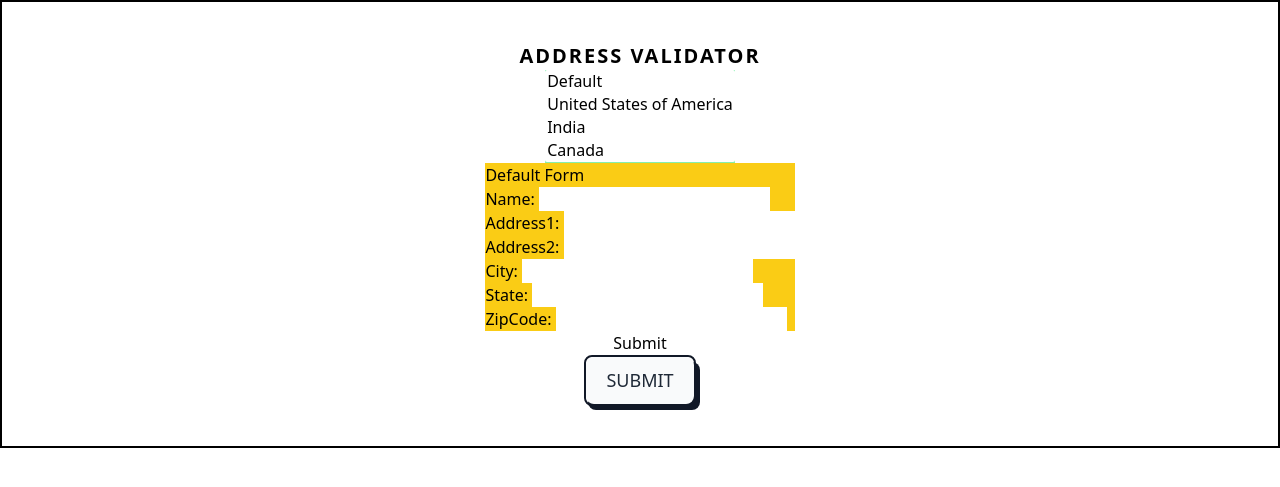
Repository: jay-singhvi/SWArchDesign_TeamProject
Page: / (app in frontend/address-validation/)
These files come from the project's save history. The page is drawn as it stood at one moment and after the next save; the edit follows.
The browser window is 1280 px wide. The pictures show the whole page.
The project was rebuilt for these pictures with package versions that can differ from the ones it lists, and the page was loaded fresh each time. Also part of the build but not shown: frontend/address-validation/src/App.css.

Above is the page before, as saved 2023-03-07 13:57:32.

### frontend/address-validation/src/App.js

import './App.css';
import React, { useState, setState } from 'react';

// React component for creating and sending POST request
function App() {

  // variables to handle the Request and Response
  const [countryList, setCountryList] = useState("");
  const [formData, setFormData] = useState(null);
  const [responseData, setResponseData] = useState(null);

  // Set of Counries under consideration
  const countries = [
    { name: "Default"},
    { name: "United States of America"},
    { name: "India"},
    { name: "Canada"}
  ];

  // Function to render form based on Countries
  function renderForm() {
    if (countryList.length === 1) {
      console.log(countryList)
        if(countryList.includes("United States of America"))
          return <USAForm setFormData={setFormData} />;
        else if(countryList.includes("India"))
          return <IndiaForm setFormData={setFormData} />;
        else if(countryList.includes("Canada"))
          return <CanadaForm setFormData={setFormData} />;
        else
          return <DefaultForm setFormData={setFormData} />;
    }
    // Renders form for multiple selected countries
    else {
      return <DefaultForm setFormData={setFormData} />
    }
  }

  // Handles selected country and set ths
  function handleSelectedCountry(event) {
    const selectedOptions = Array.from(event.target.selectedOptions);
    const selectedValues = selectedOptions.map(option => option.value);
    setCountryList(selectedValues);
  }

  // Finds address based on the form data
  async function findAddress(event) {
    event.preventDefault();

    // If only one country is selected
    if(countryList.length === 1) {

      //If selected country id default then send country field empty in JSON request
      if(countryList[0] === 'Default')
      {
        countryList[0] = ''
      }
      const updatedFormData = {...formData, "Country": countryList[0]};

      // If form data has Name attribute then search based on name and country
      if(formData !== null && formData.Name !== null){
        try {
          const response = await fetch("http://localhost:5000/api/searchCountriesByClient", {
            method: "POST",
            headers: {
              "Content-Type": "application/json",
            },
            body: JSON.stringify(updatedFormData),
          });

          const data = await response.json();
          setResponseData(data);
        } catch (error) {
          console.error(error);
          setResponseData({ error: "An error occurred" });
        }
      }

      //If name is not mentioned then populate all addresses for that country based on JSON request
      else {
        try {
          const response = await fetch("http://localhost:5000/api/searchCountry", {
            method: "POST",
            headers: {
              "Content-Type": "application/json",
            },
            body: JSON.stringify(updatedFormData),
          });

          const data = await response.json();
          setResponseData(data);
        } catch (error) {
          console.error(error);
          setResponseData({ error: "An error occurred" });
        }
      }
    }
    //If more one country is selected then send the list of countries with JSON request
    else if(countryList.length > 1){
      const updatedFormData = {...formData, "Country": countryList};

      try {
        const response = await fetch("http://localhost:5000//api/searchCountries", {
          method: "POST",
          headers: {
            "Content-Type": "application/json",
          },
          body: JSON.stringify(updatedFormData),
        });

        const data = await response.json();
        setResponseData(data);
      } catch (error) {
        console.error(error);
        setResponseData({ error: "An error occurred" });
      }
    }
    // If only name is mentioned then look for that name in all countries
    else if(formData !== null && formData.Name !== null){
      try {
        const response = await fetch("http://localhost:5000/api/searchCountriesByClient", {
          method: "POST",
          headers: {
            "Content-Type": "application/json",
          },
          body: JSON.stringify(formData),
        });

        const data = await response.json();
        setResponseData(data);
      } catch (error) {
        console.error(error);
        setResponseData({ error: "An error occurred" });
      }
    }
    setFormData({});
  }

  // Give all the options of countries to user for selection
  return (
    <div className=' items-center justify-between min-h-screen  '>
    <div className='  py-10 flex flex-col items-center border-2 border-black'>
      <h1 className=' uppercase tracking-widest font-bold text-xl'>Address Validator</h1>
      <div className=' bg-green-300'>
        <select multiple value={countryList} onChange={handleSelectedCountry}>
          {countries.map((country) => (
            <option key={country.name} value={country.name}>
              {country.name}
            </option>
          ))}
        </select>
      </div>

      {renderForm()}

      <button type="submit" onClick={findAddress}>
          Submit
        </button>
        <a href="#_" class="relative inline-block text-lg group">
<span class="relative z-10 block px-5 py-3 overflow-hidden font-medium leading-tight text-gray-800 transition-colors duration-300 ease-out border-2 border-gray-900 rounded-lg group-hover:text-white">
<span class="absolute inset-0 w-full h-full px-5 py-3 rounded-lg bg-gray-50"></span>
<span class="absolute left-0 w-48 h-48 -ml-2 transition-all duration-300 origin-top-right -rotate-90 -translate-x-full translate-y-12 bg-gray-900 group-hover:-rotate-180 ease"></span>
<button type="submit" onClick={findAddress} className=" relative uppercase">
          Submit
        </button>
</span>
<span class="absolute bottom-0 right-0 w-full h-12 -mb-1 -mr-1 transition-all duration-200 ease-linear bg-gray-900 rounded-lg group-hover:mb-0 group-hover:mr-0" data-rounded="rounded-lg"></span>
</a>

      {responseData && (
        <div>
          <h2>Post Result:</h2>
          <pre>{JSON.stringify(responseData, null, 2)}</pre>
        </div>
      )}
      </div>
    </div>

  );
}

// React component to render USA specific form
function USAForm({setFormData}) {
  const [formValues, setFormValues] = useState({});
  function updateForm(event) {
    setFormValues({
      ...formValues,
      [event.target.name]: event.target.value,
    });
    setFormData({
      ...formValues,
      [event.target.name]: event.target.value,
    });
  }

  return (
    <div>
      <form>
        <h2>United States Form</h2>
        Name: <input type="text" name="Name" onChange={updateForm} />
        <br/>
        Address1: <input type="text" name="Address1" onChange={updateForm} />
        <br/>
        Address2: <input type="text" name="Address2" onChange={updateForm} />
        <br/>
        City: <input type="text" name="City" onChange={updateForm} />
        <br/>
        State: <input type="text" name="State" onChange={updateForm} />
        <br/>
        ZipCode: <input type="text" name="Zipcode" onChange={updateForm} />
        <br/>
      </form>
    </div>
  );
}

// React component to render Canada specific form
function CanadaForm({setFormData}) {
  const [formValues, setFormValues] = useState({});
  function updateForm(event) {
    setFormValues({
      ...formValues,
      [event.target.name]: event.target.value,
    });
    setFormData({
      ...formValues,
      [event.target.name]: event.target.value,
    });
  }

  return (
    <div>
      <form>
        <h2>Canada Form</h2>
        Name: <input type="text" name="Name" onChange={updateForm} />
        <br/>
        Address1: <input type="text" name="Address1" onChange={updateForm} />
        <br/>
        Address2: <input type="text" name="Address2" onChange={updateForm} />
        <br/>
        City: <input type="text" name="City" onChange={updateForm} />
        <br/>
        Province: <input type="text" name="State" onChange={updateForm} />
        <br/>
        Postalcode: <input type="text" name="ZipCode" onChange={updateForm} />
      </form>
    </div>
  );
}

// React component to render India specific form
function IndiaForm({setFormData}) {
  const [formValues, setFormValues] = useState({});
  function updateForm(event) {
    setFormValues({
      ...formValues,
      [event.target.name]: event.target.value,
    });
    setFormData({
      ...formValues,
      [event.target.name]: event.target.value,
    });
  }

  return (
    <div>
      <form>
        <h2>India Form</h2>
        Name: <input type="text" name="Name" onChange={updateForm} />
        <br/>
        Street Address: <input type="text" name="Address1" onChange={updateForm} />
        <br/>
        Address2: <input type="text" name="Address2" onChange={updateForm} />
        <br/>
        City: <input type="text" name="City" onChange={updateForm} />
        <br/>
        State: <input type="text" name="State" onChange={updateForm} />
        <br/>
        Pincode: <input type="text" name="ZipCode" onChange={updateForm} />
        <br/>
      </form>
    </div>
  );
}

// React component to render default form
function DefaultForm({setFormData}) {

  const [formValues, setFormValues] = useState({});
  function updateForm(event) {
    setFormValues({
      ...formValues,
      [event.target.name]: event.target.value,
    });
    setFormData({
      ...formValues,
      [event.target.name]: event.target.value,
    });
  }

  return (
    <div className='  bg-yellow-400'>
      <h2>Default Form</h2>
        Name: <input type="text" name="Name" onChange={updateForm} />
        <br/>
        Address1: <input type="text" name="Address1" onChange={updateForm} />
        <br/>
        Address2: <input type="text" name="Address2" onChange={updateForm} />
        <br/>
        City: <input type="text" name="City" onChange={updateForm} />
        <br/>
        State: <input type="text" name="State" onChange={updateForm} />
        <br/>
        ZipCode: <input type="text" name="Zipcode" onChange={updateForm} />
        <br/>
    </div>
  );
}

export default App;

Loaded but not shown: frontend/address-validation/public/index.html (common file); frontend/address-validation/src/index.js (common file); frontend/address-validation/src/index.css (common file); frontend/address-validation/src/reportWebVitals.js (common file); frontend/address-validation/tailwind.config.js (common file)

After the next save:
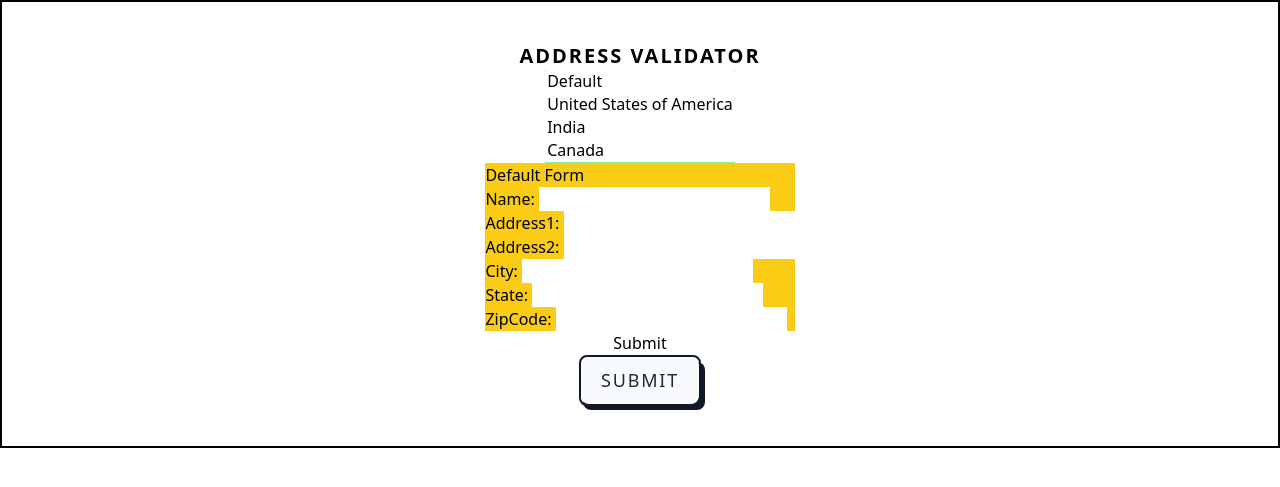
Saved 5 s later.
--- a/frontend/address-validation/src/App.js
+++ b/frontend/address-validation/src/App.js
@@ -161,7 +161,7 @@ function App() {
 <span class="relative z-10 block px-5 py-3 overflow-hidden font-medium leading-tight text-gray-800 transition-colors duration-300 ease-out border-2 border-gray-900 rounded-lg group-hover:text-white">
 <span class="absolute inset-0 w-full h-full px-5 py-3 rounded-lg bg-gray-50"></span>
 <span class="absolute left-0 w-48 h-48 -ml-2 transition-all duration-300 origin-top-right -rotate-90 -translate-x-full translate-y-12 bg-gray-900 group-hover:-rotate-180 ease"></span>
-<button type="submit" onClick={findAddress} className=" relative uppercase">
+<button type="submit" onClick={findAddress} className=" relative uppercase tracking-widest">
           Submit
         </button>
 </span>
